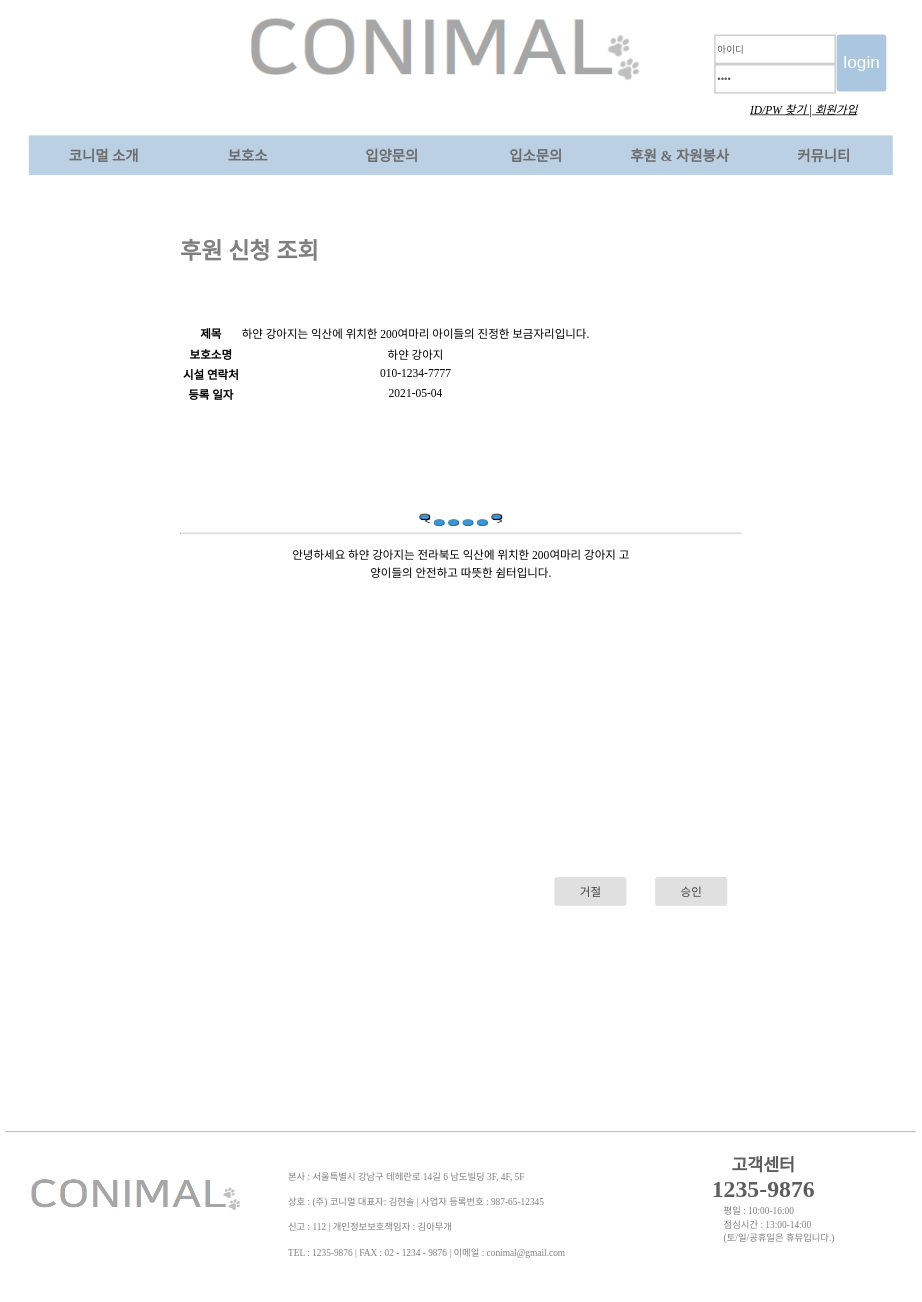
Repository: rlagusthf12/SemiProject
Page: http://localhost/jspProject/
The author's editor kept a copy of each file at every save. The page is drawn from the files as they stood at one save, then again after the next save.
The browser window is 1280 px wide. The pictures show the whole page, at 72% of full size.
The page is served by Tomcat 9.

Above is the page before, as saved 2021-05-18 11:52:22.

After the next save:
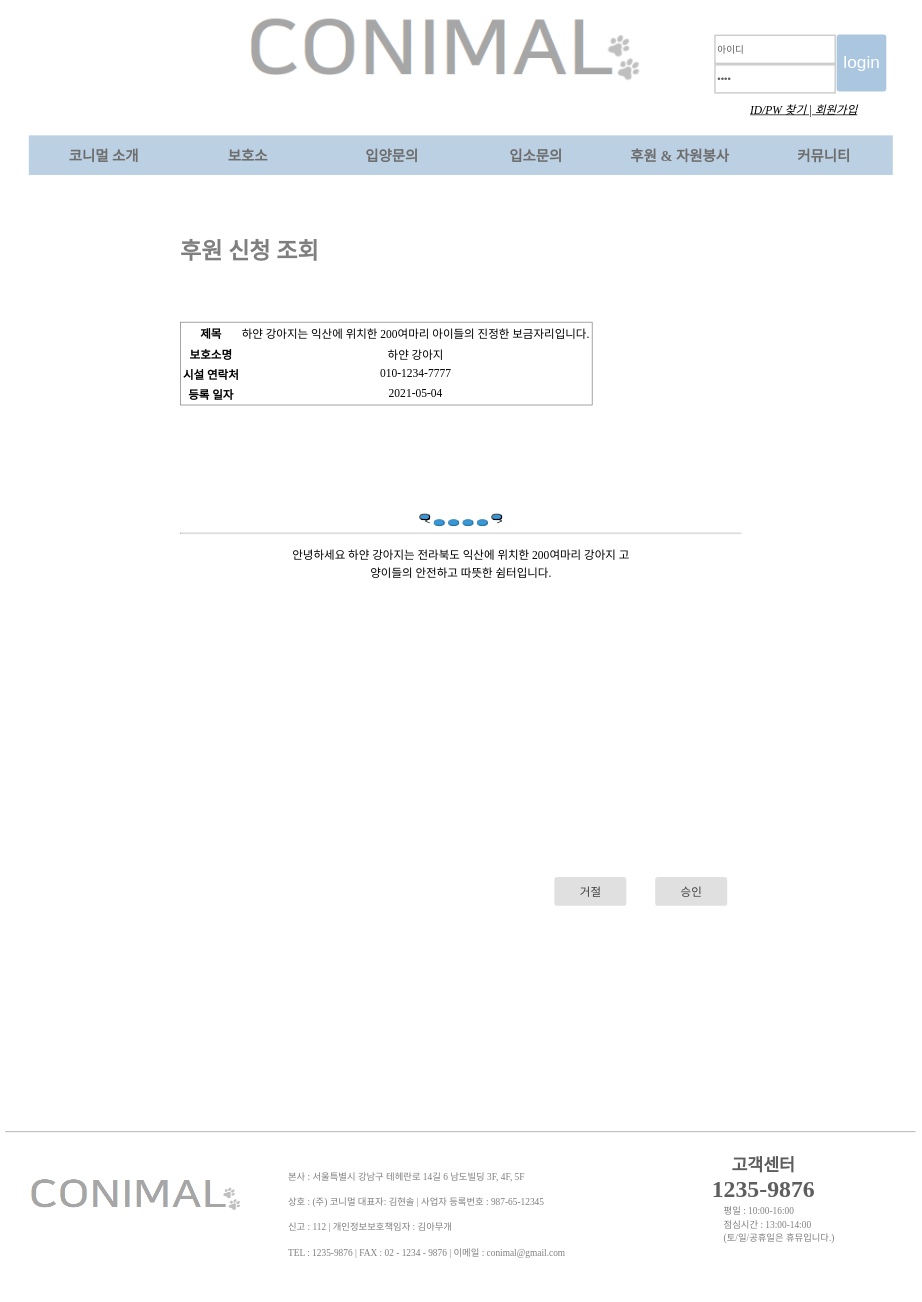
Saved 6 min 31 s later.
--- a/jspProject/WebContent/views/support/supportDetail.jsp
+++ b/jspProject/WebContent/views/support/supportDetail.jsp
@@ -39,7 +39,7 @@
 
 
   .list-area{
-        border:1px solid white;
+        border:1px solid gray;
         text-align:center;
 
     }
